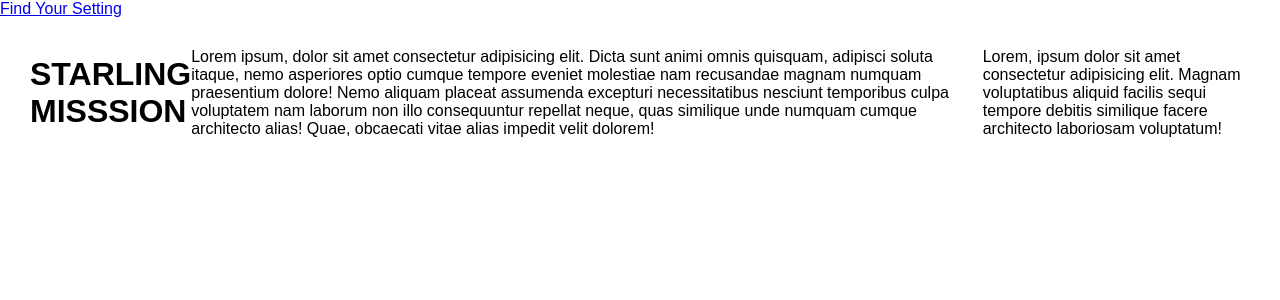
Repository: PJasiczek/vue-shop
Page: /
The author's editor kept a copy of each file at every save. The page is drawn from the files as they stood at one save, then again after a run of saves.
The browser window is 1280 px wide. The pictures show the whole page.
Some web fonts or font styles are not loaded; a fallback is used. The project was rebuilt for these pictures with package versions that can differ from the ones it lists, and the page was loaded fresh each time.

Above is the page before, as saved 2020-04-06 15:42:52.

### src/App.vue
<template>
  <div class="app">
    <div class="nav">
      <router-link to="/">Find Your Setting</router-link>
    </div>
  <router-view/>
  </div>
</template>

<style lang="scss">
  @import url('https://fonts.googleapis.com/css2?family=Baloo+Thambi+2:wght@400;500;600;700;800&display=swap');

  *{
    margin: 0;
    padding: 0;
    box-sizing: border-box;
  }

  body{
    font-family: 'Baloo Thambi 2', sans-serif;
  }
</style>

### src/router/index.js
import Vue from 'vue';
import VueRouter from 'vue-router';
import Search from '../views/Search.vue';

Vue.use(VueRouter);

const routes = [
  {
    path: '/',
    name: 'Search',
    component: Search,
  },
];

const router = new VueRouter({
  routes,
});

export default router;

### src/views/Search.vue
<template>
  <div class="wrapper">
    <Claim/>
    <div class="search">
      <label for="search">Search</label>
      <input id="search" name="search" v-model="searchValue" @input="handleInput"/>
    </div>
  </div>
</template>

<script>

import debounce from 'lodash/debounce';

import Claim from '@/components/Claim.vue';

const axios = require('axios');

const API = 'https://api.spacexdata.com/v3/launches?rocket_name=';

export default {
  name: 'Search',
  components: {
    Claim,
  },
  data() {
    return {
      searchValue: '',
      results: [],
    };
  },
  methods: {
    // eslint-disable-next-line
    handleInput: debounce(function() {
      axios.get(`${API}${this.searchValue}`)
        .then((response) => {
          this.results = response.data;
          console.log(response.data);
        }).catch((error) => {
          console.log(error);
        });
    }, 500),
  },
};
</script>

<style lang="scss" scoped>
.wrapper{
  display: flex;
  justify-content: center;
  align-items: center;
  margin: 0;
  padding: 30px;
  width: 100%;
}

.search{
  display: none;
  //display: flex;
  flex-direction: column;
  width: 250px;

  label{
    font-family: sans-serif;
  }

  input{
    height: 50px;
    border: 0;
    border-bottom: 1px solid black;
  }
}
</style>

### src/components/Claim.vue
<template>
  <div class="claimWrapper">
      <h1 class="claim">STARLING MISSSION</h1>
      <p class="subclaim">Lorem ipsum, dolor sit amet consectetur adipisicing elit. Dicta sunt animi omnis quisquam, adipisci soluta itaque, nemo asperiores optio cumque tempore eveniet molestiae nam recusandae magnam numquam praesentium dolore! Nemo aliquam placeat assumenda excepturi necessitatibus nesciunt temporibus culpa voluptatem nam laborum non illo consequuntur repellat neque, quas similique unde numquam cumque architecto alias! Quae, obcaecati vitae alias impedit velit dolorem!</p>
      <p class="subclaim">Lorem, ipsum dolor sit amet consectetur adipisicing elit. Magnam voluptatibus aliquid facilis sequi tempore debitis similique facere architecto laboriosam voluptatum!</p>
  </div>
</template>

<script>
export default {
  name: 'Claim',
};
</script>
<style lang="scss" scoped>

.claimWrapper{
    display: flex;
    flex-direction: center;
    justify-content: center;
    align-items: center;
}

</style>

Loaded but not shown: public/index.html (common file); src/main.js (common file)

After the next 3 saves:
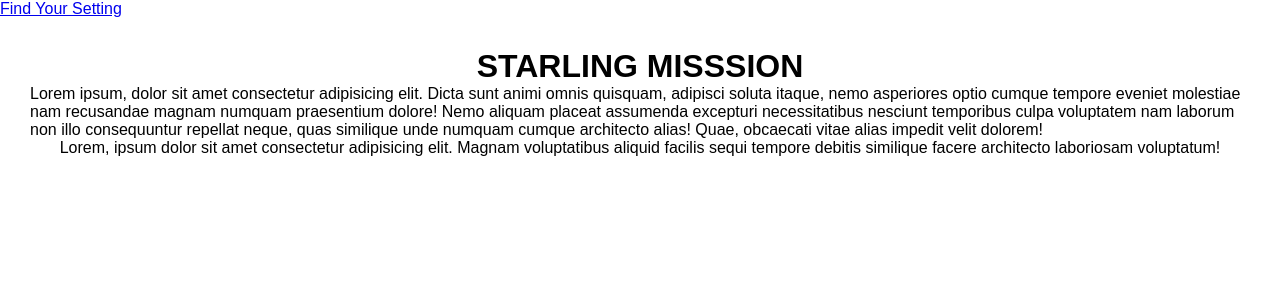
The 3 saves are shown as one change because they came seconds apart.
The last was saved 26 s later.
--- a/src/components/Claim.vue
+++ b/src/components/Claim.vue
@@ -15,7 +15,7 @@
 
 .claimWrapper{
     display: flex;
-    flex-direction: center;
+    flex-direction: column;
     justify-content: center;
     align-items: center;
 }
